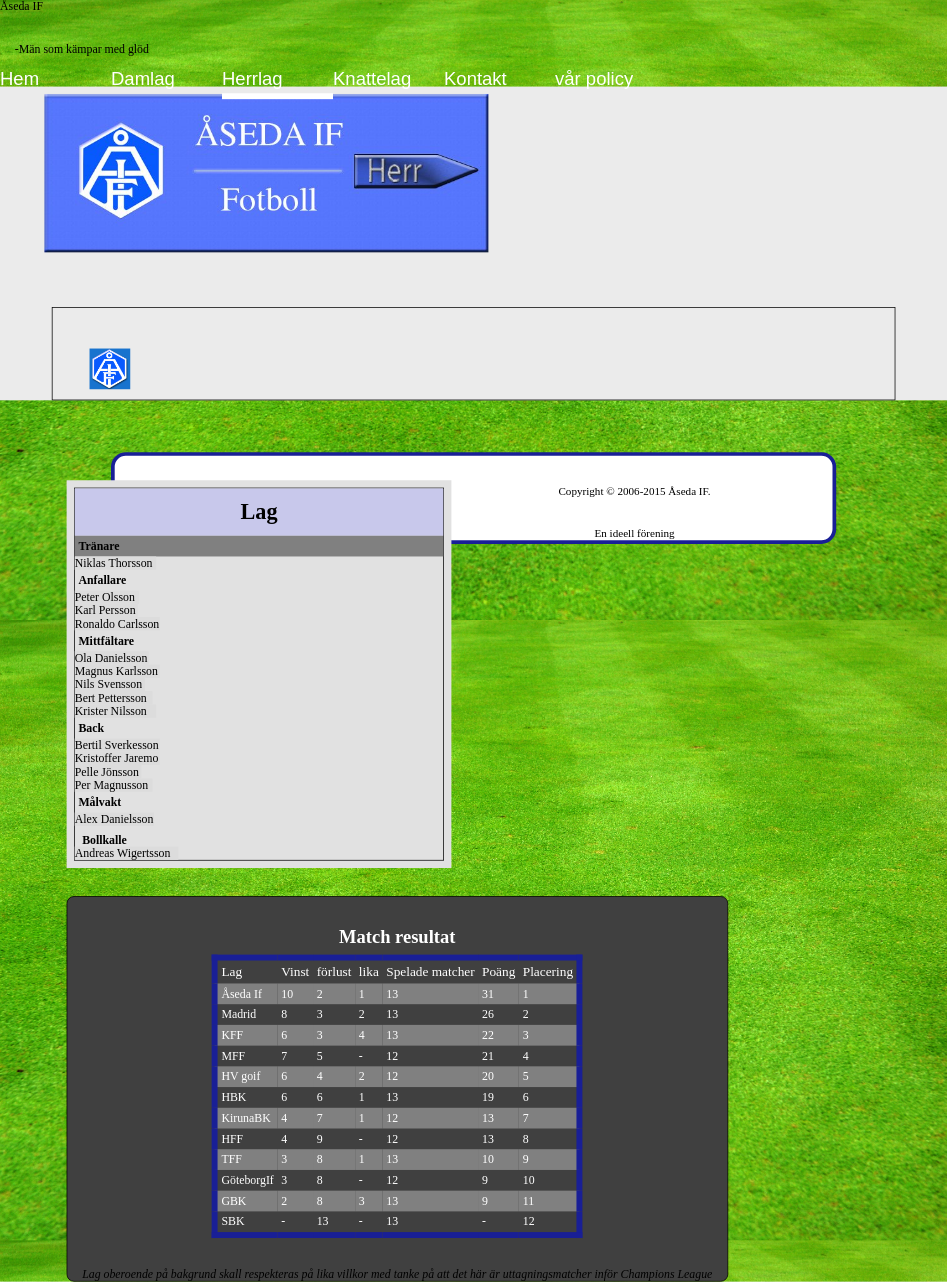
Repository: alexanderdanielsson28/ProjektAsedaIF
Page: html/Herrlag.html
The author's editor kept a record of every edit. The page is drawn from the files as they stood at one moment, then again after the next edit.
The browser window is 1280 px wide. The pictures show the whole page, at 74% of full size.
Backgrounds fixed to the window are drawn as part of the page.

Above is the page before.

### html/Herrlag.html
<!DOCTYPE html>
<html lang="sv">
<!-- svenskt språk -->

<head>
    <meta charset="utf-8">
    <!-- utf-8 svensk -->
    <meta name="viewport" content="width=device-width, initial-scale=1.0">
    <!-- viewport -->
    <title>Åseda Sport</title>
    <!-- titeln på hemsidan -->
    <link rel="icon" href="../pictures/aseda.png" sizes="16x16" type="image/png">
    <link rel="shortcut icon" href="../pictures/aseda.png" sizes="16x16" type="image/png">
    <link rel="apple-touch-icon" href="../pictures/aseda.png" sizes="120x120" type="image/png">
    <link rel="stylesheet" type="text/css" href="../css/media.css">
    <!-- länk till stylesheet för css -->
    <link rel="stylesheet" type="text/css" href="../menu.css">
    <!-- länk till stylesheet css för att anpassa till width 480px  -->
</head>

<body>

    <div id="header">
        <h1>Åseda IF</h1>
        <h3>-Män som kämpar med glöd</h3>
    </div>
    <div id="meny">
        <div id="meny2">
            <nav id="navigation">
                <ul>
                    <li><a class="klass" href="../index.html">Hem</a></li>
                    <li><a class="klass" href="../html/Damlag.html">Damlag</a></li>
                    <li><a class="klass" href="../html/Herrlag.html">Herrlag</a></li>
                    <li><a class="klass" href="../html/Knattelag.html">Knattelag</a></li>
                    <li><a class="klass" href="../html/Kontakt.html">Kontakt</a></li>
                    <li><a class="klass" href="../html/Policy.html">vår policy</a></li>
                </ul>
            </nav>

        </div>
    </div>

    <article id="artherr">

        <section id="seces">
            <img id="imagen" src="../pictures/loggan15.jpg" alt="åseda if logga">
        </section>




        <aside id="aside">
            <div id="fb-root"></div>
            <div class="fb-like" data-href="https://www.facebook.com/asedaif?fref=ts&__mref=message_bubble" data-layout="standard" data-action="like" data-show-faces="true" data-share="true"></div>
            <img id="bilden" src="../pictures/aseda.png" alt="bilden kan ej visas">
        </aside>
    </article>
    <article id="twoinone">

        <article id="nyaart">

            <section id="sece">
                <h3 id="headboll">Lag</h3>
                <h4 id="train" class="gro">Tränare</h4>
                <ol id="listen">
                    <li class="lag" id="trenare">Niklas Thorsson</li>
                </ol>
                <h4 id="head4">Anfallare</h4>
                <ol id="listen">
                    <li class="lag" id="Ronaldinho">Peter Olsson</li>
                    <li class="lag" id="zlatan">Karl Persson</li>
                    <li class="lag" id="ronaldo">Ronaldo Carlsson</li>
                </ol>
                <h4 id="head44">Mittfältare</h4>
                <ol id="listen">
                    <li class="lag" id="ola">Ola Danielsson</li>
                    <li class="lag" id="magnus">Magnus Karlsson</li>
                    <li class="lag" id="nils">Nils Svensson</li>
                    <li class="lag" id="bert">Bert Pettersson</li>
                    <li class="lag" id="krister">Krister Nilsson</li>
                </ol>
                <h4 id="back">Back</h4>
                <ol id="listen">
                    <li class="lag" id="bertil">Bertil Sverkesson</li>
                    <li class="lag" id="kristoffer">Kristoffer Jaremo</li>
                    <li class="lag" id="pelle">Pelle Jönsson</li>
                    <li class="lag" id="per">Per Magnusson</li>
                </ol>
                <h4 id="head3">Målvakt</h4>
                <ol id="listen">
                    <li class="lag" id="ferjealex">Alex Danielsson</li>
                </ol>
                </ol>
                <p id="kalle">Bollkalle</p>
                <ol id="listen">
                    <li class="lag" id="bollkalle">Andreas Wigertsson</li>
                </ol>




            </section>
        </article>

        <article id="match">
            <h2 id="resultat">Match resultat</h2>
            <table id="table1">
                <thead>
                    <tr id="lagsvag">
                        <td>Lag</td>
                        <td>Vinst</td>
                        <td>förlust</td>
                        <td>lika</td>
                        <td>Spelade matcher</td>
                        <td>Poäng</td>
                        <td>Placering</td>
                    </tr>
                </thead>
                <tbody>
                    <tr class="hej15">
                        <td>Åseda If</td>
                        <td>10</td>
                        <td>2</td>
                        <td>1</td>
                        <td>13</td>
                        <td>31</td>
                        <td>1</td>
                    </tr>
                    <tr>
                        <td>Madrid</td>
                        <td>8</td>
                        <td>3</td>
                        <td>2</td>
                        <td>13</td>
                        <td>26</td>
                        <td>2</td>
                    </tr>
                    <tr class="hej15">
                        <td>KFF</td>
                        <td>6</td>
                        <td>3</td>
                        <td>4</td>
                        <td>13</td>
                        <td>22</td>
                        <td>3</td>
                    </tr>
                    <tr>
                        <td>MFF</td>
                        <td>7</td>
                        <td>5</td>
                        <td>-</td>
                        <td>12</td>
                        <td>21</td>
                        <td>4</td>
                    </tr>
                    <tr class="hej15">
                        <td>HV goif</td>
                        <td>6</td>
                        <td>4</td>
                        <td>2</td>
                        <td>12</td>
                        <td>20</td>
                        <td>5</td>
                    </tr>
                    <tr>
                        <td>HBK</td>
                        <td>6</td>
                        <td>6</td>
                        <td>1</td>
                        <td>13</td>
                        <td>19</td>
                        <td>6</td>
                    </tr>
                    <tr class="hej15">
                        <td>KirunaBK</td>
                        <td>4</td>
                        <td>7</td>
                        <td>1</td>
                        <td>12</td>
                        <td>13</td>
                        <td>7</td>
                    </tr>
                    <tr>
                        <td>HFF</td>
                        <td>4</td>
                        <td>9</td>
                        <td>-</td>
                        <td>12</td>
                        <td>13</td>
                        <td>8</td>
                    </tr>
                    <tr class="hej15">
                        <td>TFF</td>
                        <td>3</td>
                        <td>8</td>
                        <td>1</td>
                        <td>13</td>
                        <td>10</td>
                        <td>9</td>
                    </tr>
                    <tr>
                        <td>GöteborgIf</td>
                        <td>3</td>
                        <td>8</td>
                        <td>-</td>
                        <td>12</td>
                        <td>9</td>
                        <td>10</td>
                    </tr>
                    <tr class="hej15">
                        <td>GBK</td>
                        <td>2</td>
                        <td>8</td>
                        <td>3</td>
                        <td>13</td>
                        <td>9</td>
                        <td>11</td>
                    </tr>
                    <tr>
                        <td>SBK</td>
                        <td>-</td>
                        <td>13</td>
                        <td>-</td>
                        <td>13</td>
                        <td>-</td>
                        <td>12</td>
                    </tr>
                </tbody>

            </table>
            <p id="chall">Lag oberoende på bakgrund skall respekteras på lika villkor med tanke på att det här är uttagningsmatcher inför Champions League</p>

        </article>

    </article>




    <div id="footer">
        <div id="footertext">
            <h3>Copyright © 2006-2015 Åseda IF.</h3>
            <h3>En ideell förening </h3>
        </div>
    </div>

    <script type="text/javascript" src="../javascript/script.js"></script>
    <script type="text/javascript" src="../menu.js"></script>

</body>

</html>

### menu.css


#meny

{

    padding:0;


    width:700px;

    height: 3px;

    /*border-radius: 3px;
*/
}
#meny2
{

    width:960px;
    margin:0 auto;
}
#meny2 ul
{

    position: relative;
    list-style-type: none;
    float:center;
    padding:0;margin:0;
}
#meny2 li


{
    width:150px;
    border-collapse: separate;
    /* border-left: 1px solid gray;
    border-radius:5px solid;
    */
    float:left;
    list-style-type: none;
    padding:0;margin:0;background-image:none;
}

#meny2 li.highlight
{

    background-color:white;
    top:50px;
    height:8px;
    z-index: 1;
    position: absolute;
    overflow:hidden;
    /*opacity: 0.8;*/

}
#meny2 li a
{

    height:10px;
    padding-top: 16px;
    margin: 0 0px;
    color:white;
    font: normal 25px arial;
    text-align: center;
    text-decoration: none;
    display: block;
    float:left;
    position: relative;
    z-index: 2;
}

Loaded but not shown: menu.js (151 lines, source omitted); javascript/script.js (8 lines, source omitted); css/media.css (1556 lines, source omitted)

After the next edit:
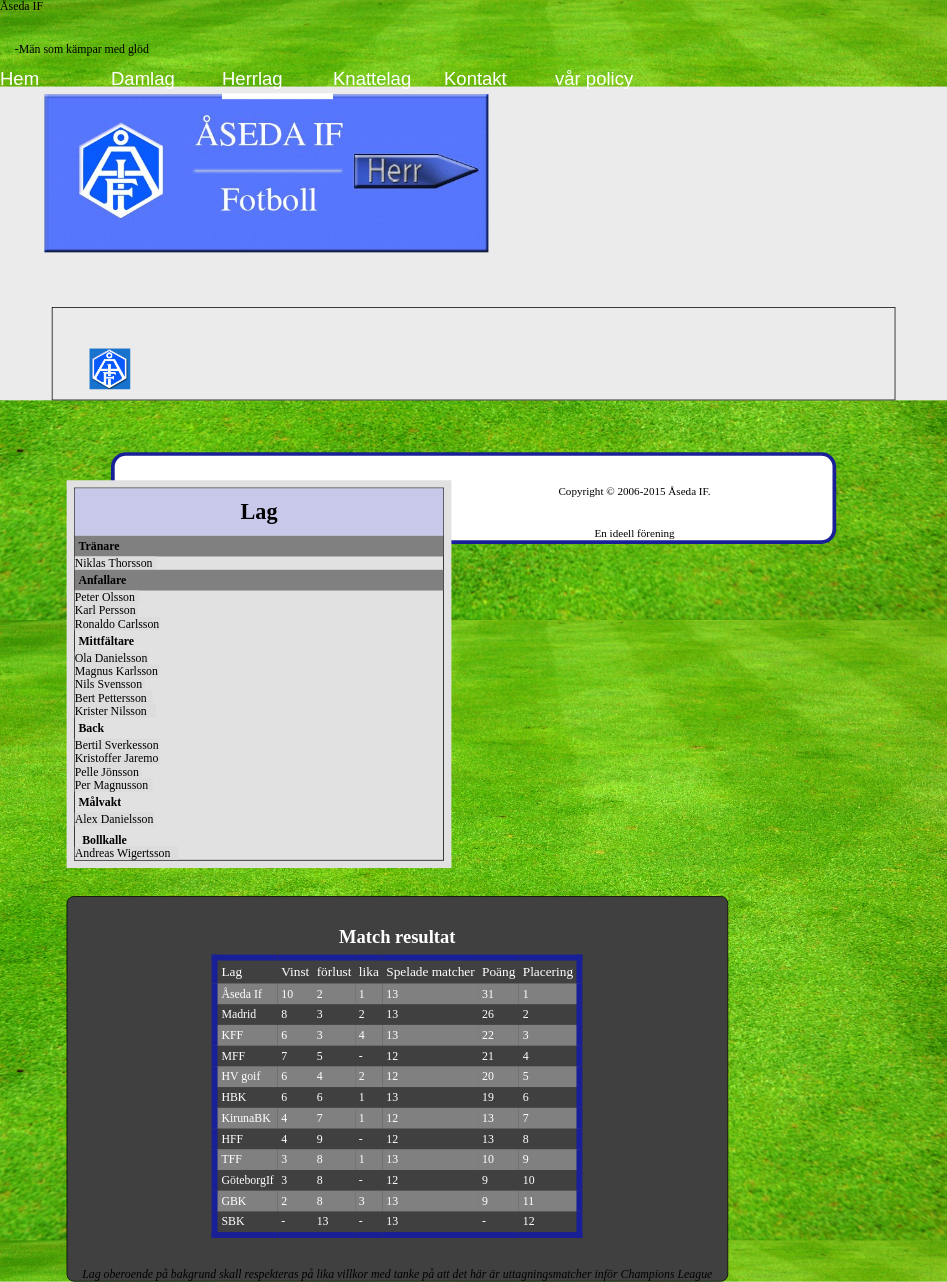
The edit:
--- a/html/Herrlag.html
+++ b/html/Herrlag.html
@@ -65,7 +65,7 @@
                 <ol id="listen">
                     <li class="lag" id="trenare">Niklas Thorsson</li>
                 </ol>
-                <h4 id="head4">Anfallare</h4>
+                <h4 id="head4" class="gro">Anfallare</h4>
                 <ol id="listen">
                     <li class="lag" id="Ronaldinho">Peter Olsson</li>
                     <li class="lag" id="zlatan">Karl Persson</li>
